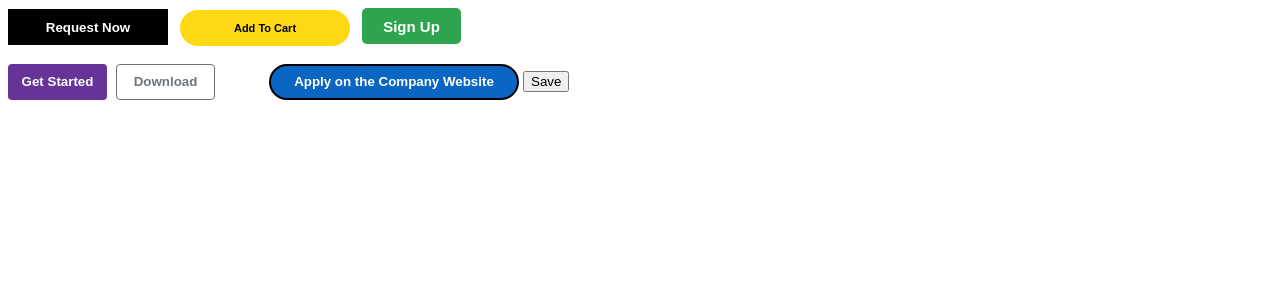
Repository: RagulRanjeeth/Frontend
Page: ButtonsExercise.html
These files come from the project's save history. The page is drawn as it stood at one moment and after the next save; the edit follows.
The browser window is 1280 px wide. The pictures show the whole page.

Above is the page before, as saved 2026-01-19 13:46:17.

### ButtonsExercise.html
<style>
.Uber{
   background-color: black;
   color: white;
   height: 36px;
   width: 160px;
   font-weight: bold;
   border: none;
   margin-right: 8px;
}

.amazon{
    background-color: rgba(255, 216, 20);
    color: black;
    height: 36px;
    width: 170px;
    font-weight:bold;
    font-size: 11px;
    border:none;
    border-radius: 18px;
}

.gitHub{
    background-color: rgba(46, 164, 79);
    height:36px;
    width: 99px;
    color: white;
    border: none;
    border-radius: 5px;
    font-weight: bold;
    font-size: 15px;
    margin-left: 8px;
}

.Bootstrap{
    background-color: rebeccapurple;
    height: 36px;
    width: 99px;
    color: white;
    font-weight: bold;
    border: none;
    border-radius: 4px;
    margin-right: 5px;
}

.BootstrapDownload{
    background-color: white;
    height: 36px;
    width: 99px;
    color: rgb(108, 117, 125);
    font-weight: bold;
    border-width: 1px;
    border-style: solid;
    border-color: rgb(108, 117, 125);
    border-radius: 4px;
    margin-right: 50px;
}

.LinkedINAppling{
    Background-color: rgb(10, 102, 194);
    height: 36px;
    width: 250px;
    color: white;
    font-weight: bold;
    border-radius: 18px;
    border-style: solid;
}
</style>


<button class="Uber">
    Request Now
</button>

<button class="amazon">
    Add To Cart
</button>

<button class="gitHub">
    Sign Up
</button>

<br>
<br>


<button class="Bootstrap">
    Get Started
</button>

<button class="BootstrapDownload">
    Download
</button>




<button class="LinkedINAppling">
   Apply on the Company Website
</button>


<button class="LinkedINsave">
   Save
</button>

After the next save:
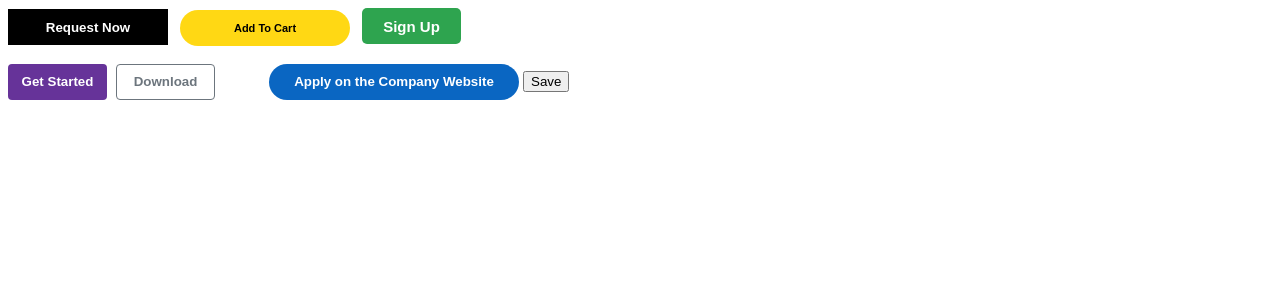
Saved 24 s later.
--- a/ButtonsExercise.html
+++ b/ButtonsExercise.html
@@ -63,7 +63,7 @@
     color: white;
     font-weight: bold;
     border-radius: 18px;
-    border-style: solid;
+    border: none;
 }
 </style>
 
